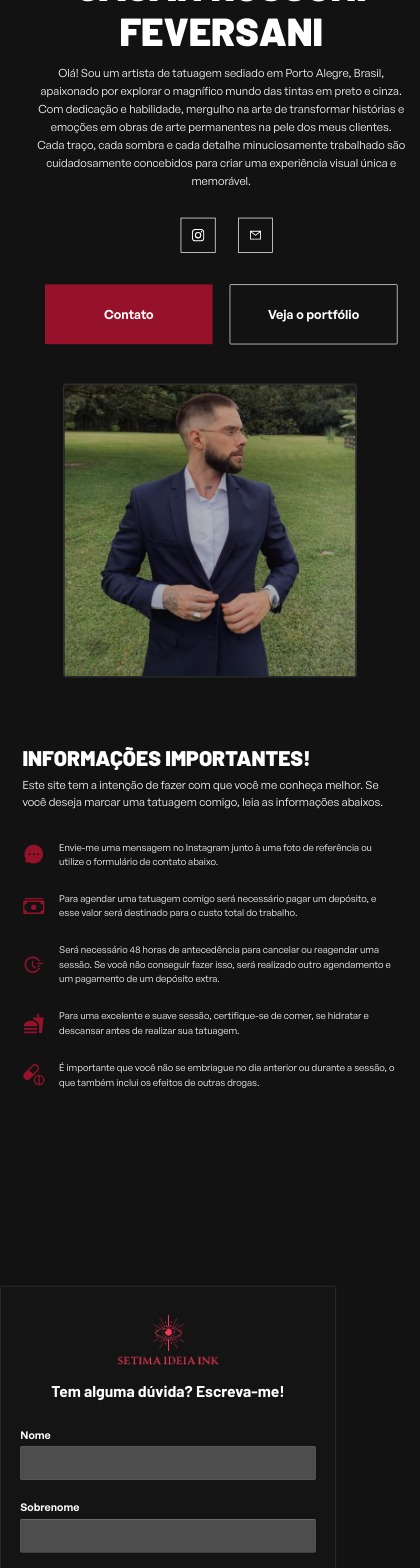
Repository: Leoka2000/S-tima-Ideia
Page: /
These files come from the project's save history. The page is drawn as it stood at one moment and after the next save; the edit follows.
The browser window is 600 px wide. The pictures show the part of the page from y = 4260 to 6500 px (the page is 7771 px tall), at 70% of full size.
Backgrounds fixed to the window are drawn as part of the page. The project was rebuilt for these pictures with package versions that can differ from the ones it lists, and the page was loaded fresh each time. Some packages were replaced by stand-ins written for this rebuild. Also part of the build but not shown: src/pages/main/instagram/instagram.css, src/pages/main/instagram/instagram.jsx, src/App.css, src/pages/portfolio/portfolio.css, src/data/database-common.js, src/pages/portfolio/loop-content.jsx, src/pages/portfolio/portfolio.jsx, src/pages/portfolio/index.jsx and 2 more. Imported but missing from the stored project, and not drawn on this page: src/assets/videos/cauan-video.mp4.

Above is the page before, as saved 2023-07-10 21:11:23.

After the next save:
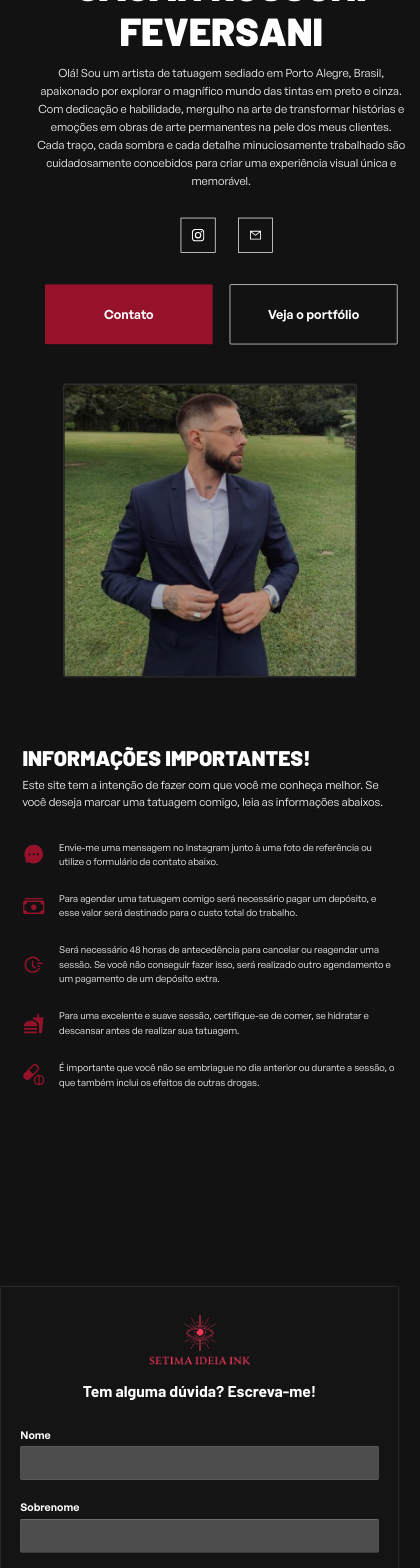
Saved 6 s later.
--- a/src/pages/main/contact/form.css
+++ b/src/pages/main/contact/form.css
@@ -318,7 +318,7 @@ textarea {
         width: 100%;
     }
     form {
-        width: 80%;
+        width: 95%;
         bottom: 7rem;
         left: 0;
         padding-right: 1.75rem;
